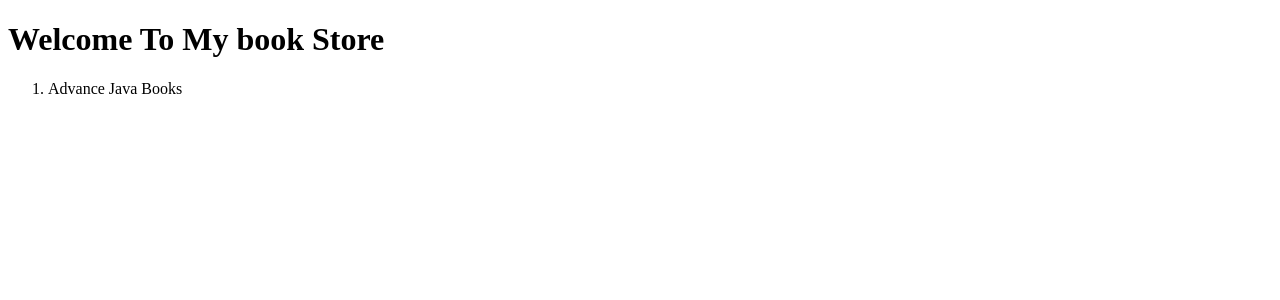
Repository: VIVEKANAND-SINHA/AdvanceJavaTraining
Page: ProjectFileAdvanceJava/src/main/webapp/question7.html
An editor plug-in stored every save of this project. The page is shown before and after the next save, followed by the edit.
The browser window is 1280 px wide. The pictures show the whole page.

Above is the page before, as saved 2023-01-26 05:31:25.

After the next save:
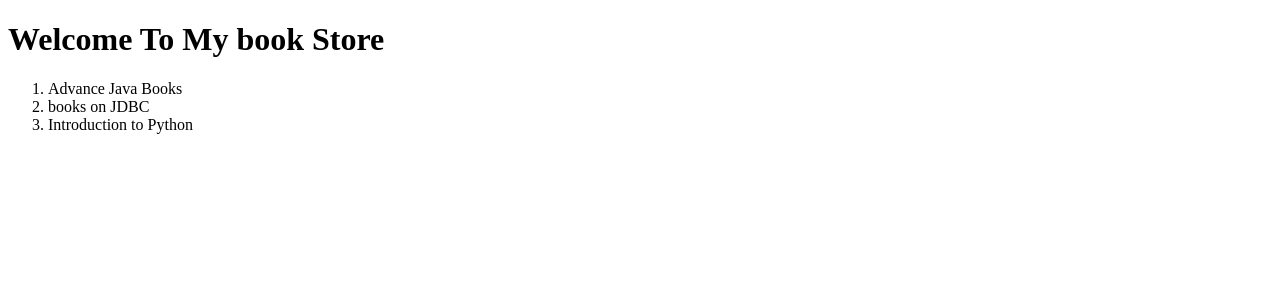
Saved 96 s later.
--- a/ProjectFileAdvanceJava/src/main/webapp/question7.html
+++ b/ProjectFileAdvanceJava/src/main/webapp/question7.html
@@ -8,6 +8,8 @@
 <h1>Welcome To My book Store</h1>
 <ol>
 <li>Advance Java Books</li>
+<li>books on JDBC</li>
+<li>Introduction to Python </li>
 </ol>
 </body>
 </html>
